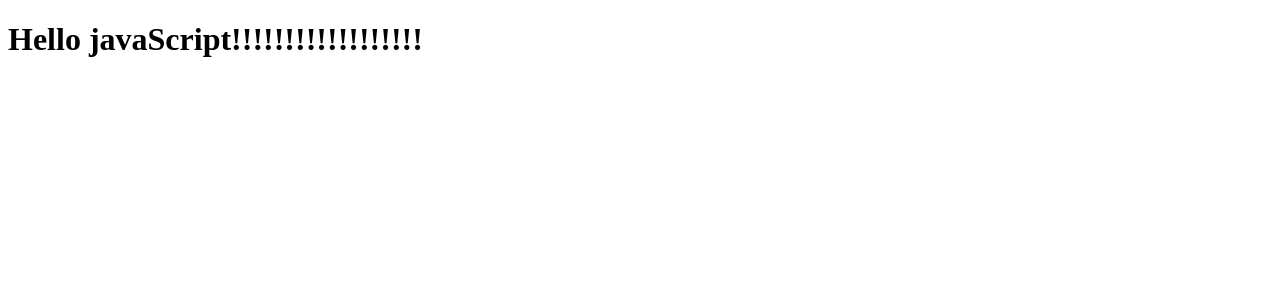
Repository: chlguswns1/web-practice
Page: javaScript/src/main/webapp/09_DOM.html
An editor plug-in stored every save of this project. The page is shown before and after the next save, followed by the edit.
The browser window is 1280 px wide. The pictures show the whole page.

Above is the page before, as saved 2023-03-07 08:13:58.

After the next save:
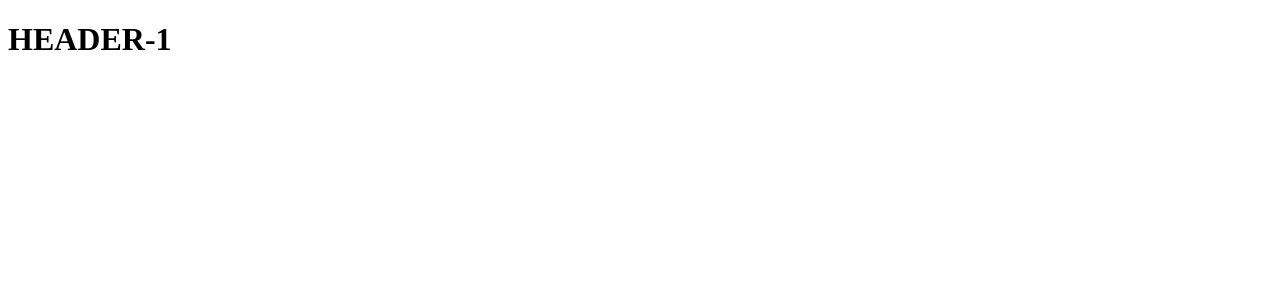
Saved 6 min 51 s later.
--- a/javaScript/src/main/webapp/09_DOM.html
+++ b/javaScript/src/main/webapp/09_DOM.html
@@ -24,16 +24,19 @@
 <meta charset="UTF-8">
 <title>문서객체모델</title>
 <script type="text/javascript">
-	window.onload = function () {
+	window.onload = function () {//수정됨
 
 
-/* 1. 용어 정의 */
+/* 1. 용어 정의
 	var header = document.getElementById('header_1');//header변수를통해서header_1에 접근을 할수 있다 이때
 											//접근할수 있는 얘를 토큐먼트오브젝터라고 부른다
 	//얘가먼저 실행되면 안되기에 이코드가 재대로 동작이 되려면 body먼저 읽어 오도록해야한다
 	//그래서 이벤트 처리가 필요한거다
 	header.innerHTML = 'Hello javaScript!!!!!!!!!!!!!!!!!!';
+	*/
 /* 2. 문서 객체 생성1 */
+	// 1. 문서 객체 생성
+	document.createElement('h2');
 
 /* 2. 문서 객체 생성2 */
 // - 텍스트 노드 갖지 않는 노드 생성하는 방법.
